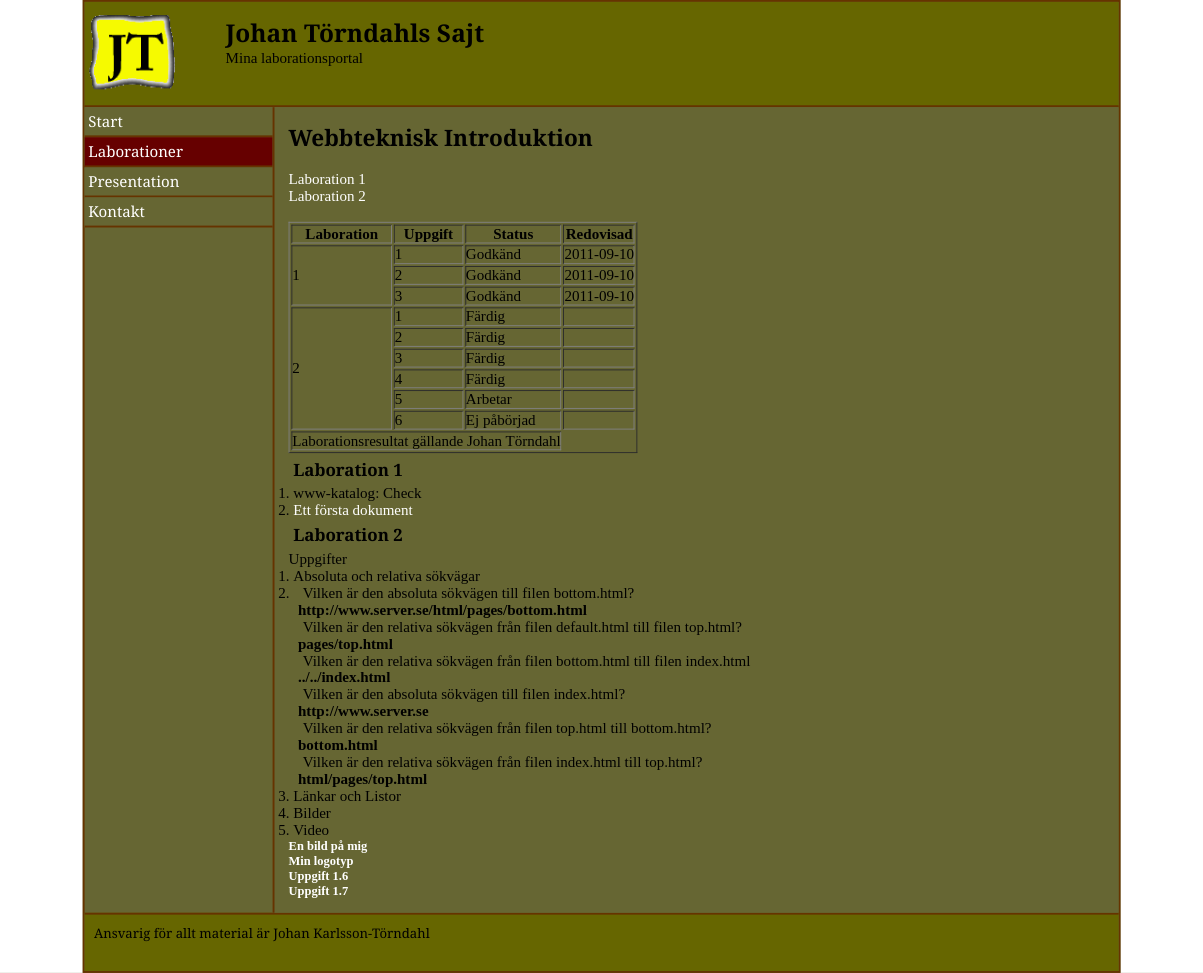
Repository: jt222ia/1ik415-jt222ia-laborationer
Page: pages/laborationer.html
The author's editor kept a record of every edit. The page is drawn from the files as they stood at one moment, then again after the next edit.
The browser window is 1280 px wide. The pictures show the whole page, at 94% of full size.

Above is the page before.

### pages/laborationer.html
<!DOCTYPE html>
<html>
    <head>
        <meta charset="utf-8" />
        <title>Min kursblogg - Laborationer</title>
        <link rel="stylesheet" href="../css/style.css" type="text/css" />
    </head>
    <body>
    <div id="container">

        <div id="header">
            <div id="header_logo">
                <img src="../pics/logo_trans.png">
            </div>

            <div id="header_content">
                <h1 class="top_h1">Johan Törndahls Sajt</h1>
                <span>Mina laborationsportal</span>
            </div>
        </div>
        <div id="clear"></div>

        <div id="navigation">
            <ul>
               <li><a href="../index.html">Start</a></li>
               <li><a href="laborationer.html" class="active">Laborationer</a></li>
               <li><a href="presentation.html">Presentation</a></li>
               <li><a href="kontakt.html">Kontakt</a></li>
            </ul>
        </div>
        <div id="content">
        <h2>Webbteknisk Introduktion</h2>
        <br />
            <ul class="sidul">
                <li><a href="#laboration1">Laboration 1</a></li>
                <li><a href="#laboration2">Laboration 2</a></li>
            </ul>
        <br />
        <table border="1">
            <thead>
                <tr>
                    <th>Laboration</th>
                    <th>Uppgift</th>
                    <th>Status</th>
                    <th>Redovisad</th>
                </tr>
            </thead>
            <tfoot>
                <tr>
                    <td colspan="3">Laborationsresultat gällande Johan Törndahl</td>
                </tr>
            </tfoot>
            <tbody>
                <tr>
                    <td rowspan="3">1</td>
                    <td>1</td>
                    <td>Godkänd</td>
                    <td>2011-09-10</td>
                </tr>
                <tr>
                    <td>2</td>
                    <td>Godkänd</td>
                    <td>2011-09-10</td>
                </tr>
                <tr>
                    <td>3</td>
                    <td>Godkänd</td>
                    <td>2011-09-10</td>
                </tr>
                <tr>
                    <td rowspan="6">2</td>
                    <td>1</td>
                    <td>Färdig</td>
                    <td></td>
                </tr>
                <tr>
                    <td>2</td>
                    <td>Färdig</td>
                    <td></td>
                </tr>
                 <tr>
                    <td>3</td>
                    <td>Färdig</td>
                    <td></td>
                </tr>
                 <tr>
                    <td>4</td>
                    <td>Färdig</td>
                    <td></td>
                </tr>
                 <tr>
                    <td>5</td>
                    <td>Arbetar</td>
                    <td></td>
                </tr>
                 <tr>
                    <td>6</td>
                    <td>Ej påbörjad</td>
                    <td></td>
                </tr>
            </tbody>
        </table>

        <h3 id="laboration1">Laboration 1</h3>

            <ol>
                <li>www-katalog: Check</li>
                <li><a href="presentation.html">Ett första dokument</a></li>
            </ol>

        <h3 id="laboration2">Laboration 2</h3>
        <span>Uppgifter</span>

            <ol>
            <li>Absoluta och relativa sökvägar</li>
            <li>
                <dl>
                        <dt>Vilken är den absoluta sökvägen till filen bottom.html?</dt>
                            <dd><strong>http://www.server.se/html/pages/bottom.html</strong></dd>
                        <dt>Vilken är den relativa sökvägen från filen default.html till filen top.html?</dt>
                            <dd><strong>pages/top.html</strong></dd>
                        <dt>Vilken är den relativa sökvägen från filen bottom.html till filen index.html</dt>
                            <dd><strong>../../index.html</strong></dd>
                        <dt>Vilken är den absoluta sökvägen till filen index.html?</dt>
                            <dd><strong>http://www.server.se</strong></dd>
                        <dt>Vilken är den relativa sökvägen från filen top.html till bottom.html?</dt>
                            <dd><strong>bottom.html</strong></dd>
                        <dt>Vilken är den relativa sökvägen från filen index.html till top.html?</dt>
                            <dd><strong>html/pages/top.html</strong></dd>
                </dl>
            </li>
                <li>Länkar och Listor</li>
                <li>Bilder</li>
                <li>Video</li>
            </ol>

                <h5><a href="http://jt222ia.github.io/1ik415-jt222ia-laborationer/pages/presentation.html#bilden">En bild på mig</a></h5>
                <h5><a href="http://jt222ia.github.io/1ik415-jt222ia-laborationer/pics/logo.png">Min logotyp</a></h5>
               <h5><a href="../index.html">Uppgift 1.6</a></h5>
               <h5><a href="../index.html">Uppgift 1.7</a></h5>
       </div>
            <div id="footer">
               <p>Ansvarig för allt material är Johan Karlsson-Törndahl</p>
            </div>
    </div>
    </body>
</html>

### css/style.css
/*
Mina färger
Container, content, navigation - #666633
Header, Footer - #666600
Borders - #663300
Länkar - #fff
Active link - #660000
*/

* {
    margin:0;
    padding:0;
}

body {


}

/*De stora blocken */

#container{
    margin:0 auto;
    width:1100px;
    border:2px solid #663300;
    background-color:#666633;

}

#header {
    height:110px;
    background-color:#666600;
    border-bottom:2px solid #663300;

}
#header_logo {
    float:left;
    width:150px;


}
#header_content {
    float:left;
    width:500px;

}

#navigation{
    width:200px;
    float:left;
    background-color:#666633;

}
#content {
    width:868px;
    float:left;
    padding:15px;
    background-color:#666633;
    border-left:2px solid #663300;

}

#footer {
    clear:both;
    height:60px;
    border-top:2px solid #663300;
    background-color:#666600;
}
#clear {
    clear:both;
}

/* Menyn */

#navigation ul {
     margin:0px;
     padding:0px;
     list-style:none;
}
#navigation ul li {

}
#navigation ul a {
    display:block;
    padding:4px;
    width:200px;
    font-family:georgia;
    text-decoration:none;
    border-bottom:2px solid #663300;
    color:#fff;
    background-color:#666633;

}
#navigation ul a:hover{
    background-color:#663333;
}

/*Klasser */

#navigation ul li .active {
   background-color:#660000;

}
.postauthor{
    text-align:right;
    font-style:italic;
}
.top_h1 {
    margin-top:15px;
    margin-right:10px;
}

.icon{
    float:left;
}

.img_right{
   float:right;
   border:1px solid #000;
  margin:5px;
}
.sidul {
    list-style:none;
    margin-top:2px;
}
/*Typografi på sidan */

h1 {
    font-size:26px;
    font-family:Georgia, sans-serif;

}
h2 {
    font-size:24px;
    font-family:Georgia, sans-serif;

}
h3 {
    font-size:18px;
    font-family:Georgia, sans-serif;
    padding:5px;

}
a {
    text-decoration:none;
    font-style:bold;
    color:#fff;
}
p{
    font-size:14px;
    font-family:Georgia;
    padding:10px;
}
dl, dt, ol {
    margin-left:5px;

}

After the next edit:
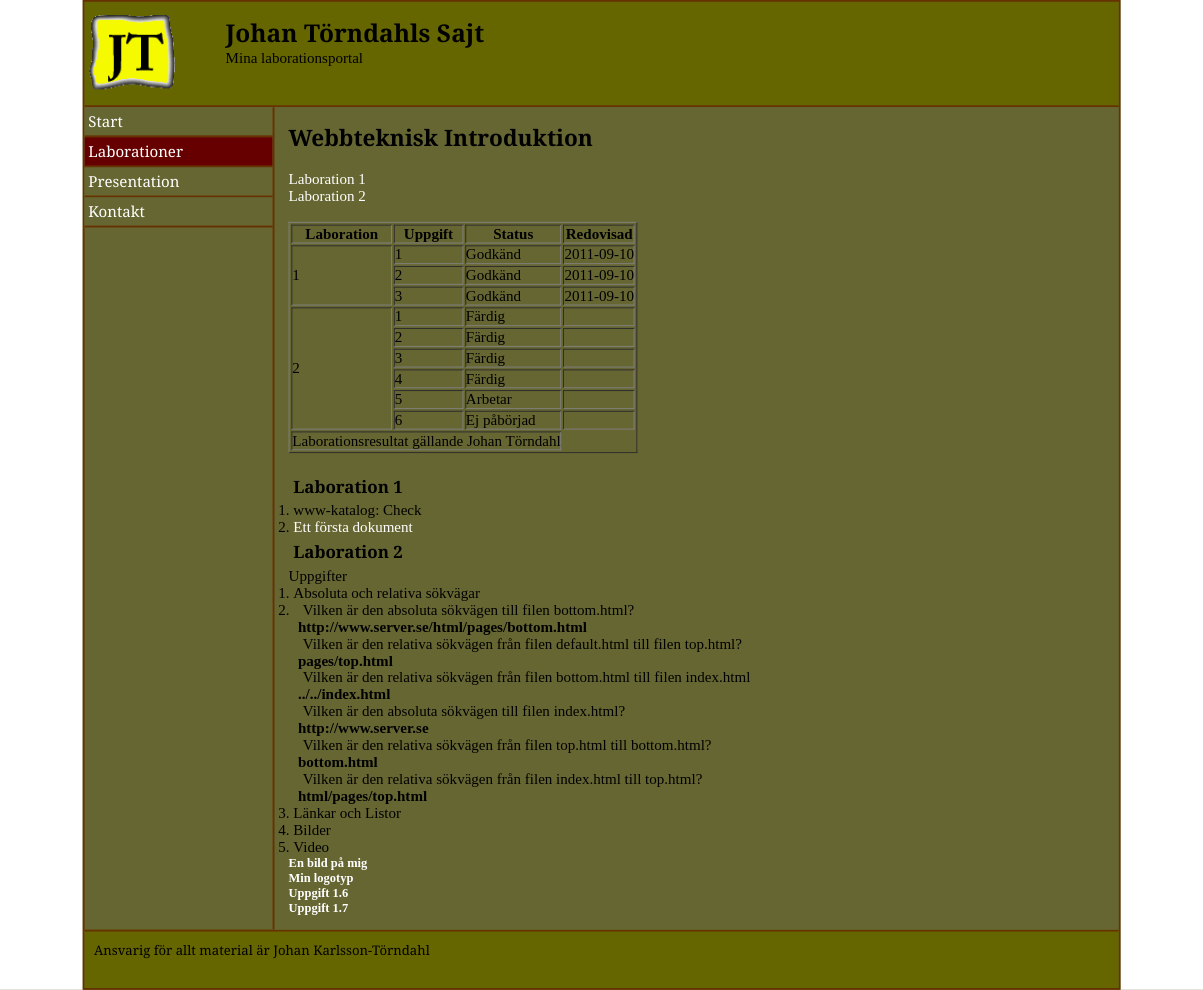
The edit:
--- a/pages/laborationer.html
+++ b/pages/laborationer.html
@@ -100,8 +100,8 @@
                 </tr>
             </tbody>
         </table>
-
-        <h3 id="laboration1">Laboration 1</h3>
+        <br>
+        <h3>Laboration 1</h3>
 
             <ol>
                 <li>www-katalog: Check</li>
